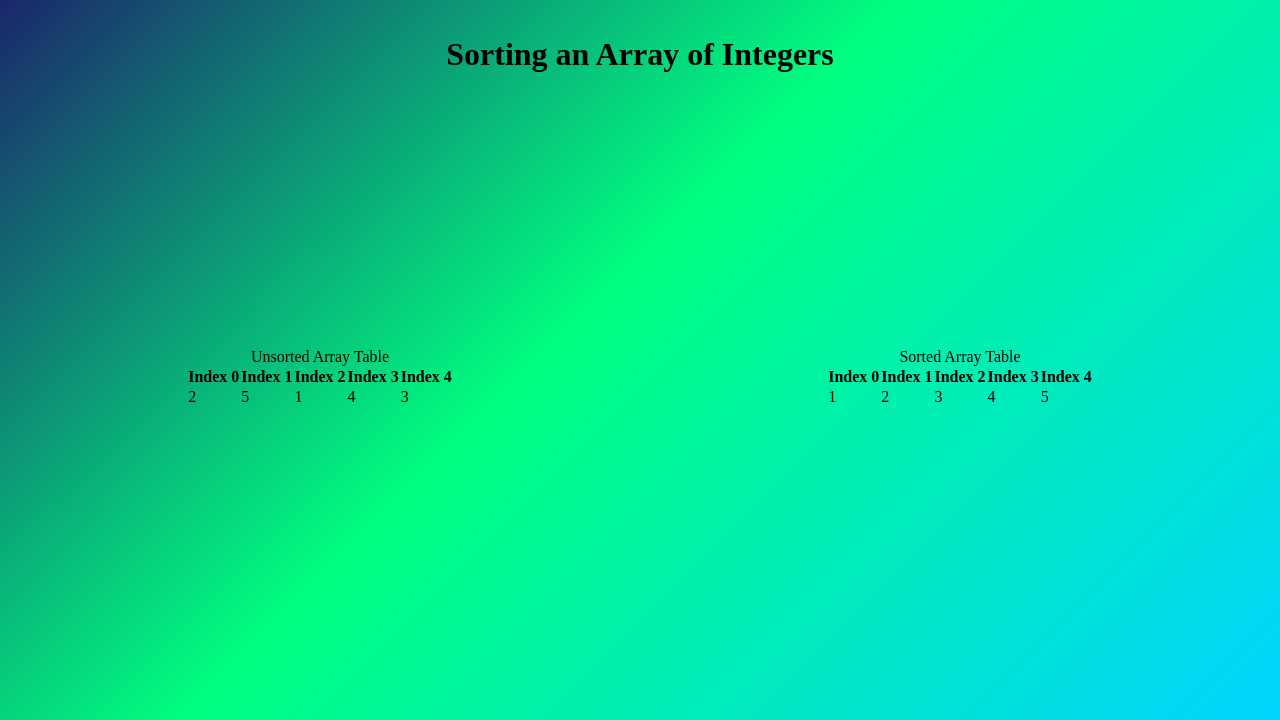
Repository: mlmEFSC21/P16-Sorting-Integers
Page: sort.html
An editor plug-in stored every save of this project. The page is shown before and after the next save, followed by the edit.
The browser window is 1280 px wide. The pictures show the whole page.

Above is the page before, as saved 2022-03-24 18:21:04.

### sort.html
<!DOCTYPE html>
<html lang="en">
    <head>
        <meta charset="UTF-8" />
        <meta http-equiv="X-UA-Compatible" content="IE=edge" />
        <meta name="viewport" content="width=device-width, initial-scale=1.0" />
        <link rel="stylesheet" href="sort.css" />
        <!-- <script defer src="sort.js"></script> -->
        <title>Array Sorting</title>
    </head>
    <body>
        <header class="mainHeader">
            <h1>Sorting an Array of Integers</h1>
        </header>
        <section>
            <div class="arrayContainer" id="arrayContainer">
                <!-- <h2 class="unsorted" id="unsorted">Array 1</h2>
                <h2 class="sorted" id="sorted">Array 2</h2> -->
                <table class="unsortedTable" id="unsortedTable">
                    <caption>
                        Unsorted Array Table
                    </caption>
                    <thead>
                        <th>Index 0</th>
                        <th>Index 1</th>
                        <th>Index 2</th>
                        <th>Index 3</th>
                        <th>Index 4</th>
                    </thead>
                    <tbody>
                        <tr>
                            <td>2</td>
                            <td>5</td>
                            <td>1</td>
                            <td>4</td>
                            <td>3</td>
                        </tr>
                    </tbody>
                </table>
                <table class="sortedTable" id="sortedTable">
                    <caption>
                        Sorted Array Table
                    </caption>
                    <thead>
                        <th>Index 0</th>
                        <th>Index 1</th>
                        <th>Index 2</th>
                        <th>Index 3</th>
                        <th>Index 4</th>
                    </thead>
                    <tbody>
                        <tr>
                            <td>1</td>
                            <td>2</td>
                            <td>3</td>
                            <td>4</td>
                            <td>5</td>
                        </tr>
                    </tbody>
                </table>
            </div>
        </section>
    </body>
</html>

### sort.css
:root {
    --clr-background: #00ff8f;
    --clr-primary: #00f0ff;
    --clr-secondary: #00ff0f;
}
*,
*::after,
*::before {
    box-sizing: border-box;
    margin: 0;
    padding: 0;
}
body {
    font-size: 0.875;
    background-color: var(--clr-background);
    background-repeat: no-repeat;
    background-size: cover;
    background: linear-gradient(
        135deg,
        rgba(26, 39, 107, 1) 0%,
        rgba(0, 255, 128, 1) 45%,
        rgba(0, 212, 255, 1) 100%
    );
    height: 100vh;
}
.mainHeader {
    height: 15vh;
    display: flex;
    align-items: center;
    justify-content: center;
}
.arrayContainer {
    height: min(75vh, 640px);
    display: flex;
    align-items: center;
    justify-content: space-around;
}

After the next save:
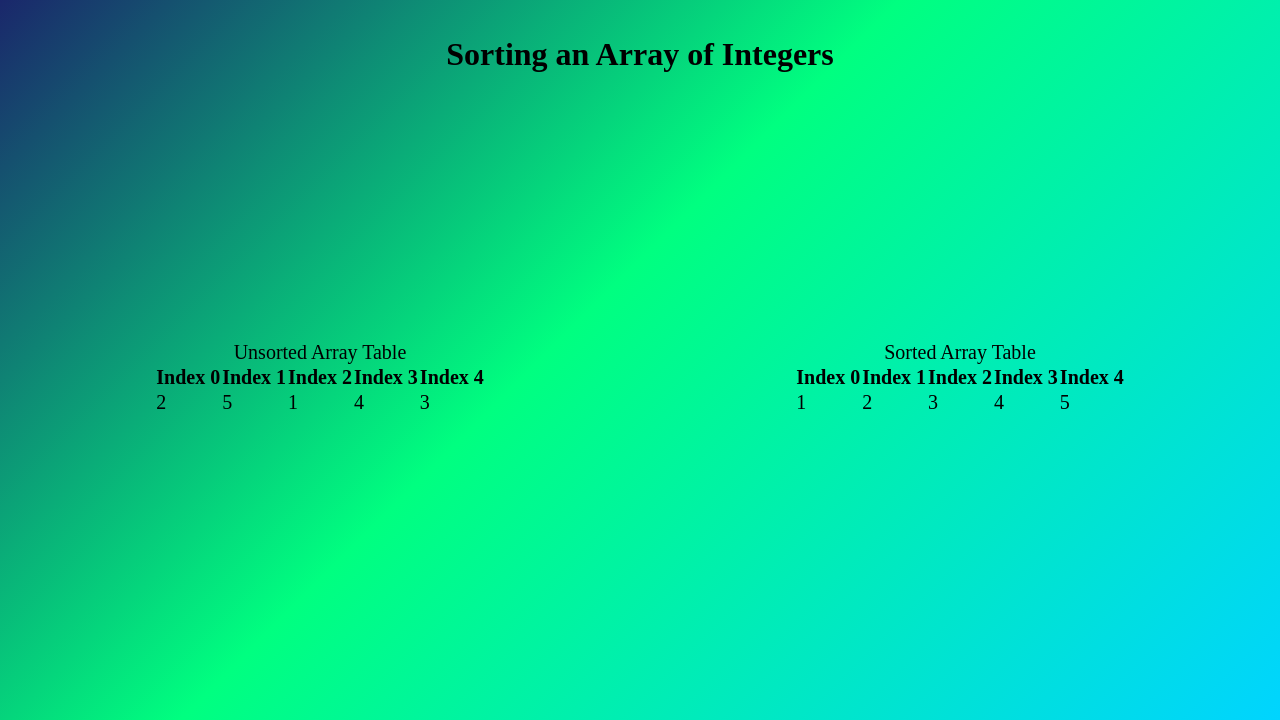
Saved 30 s later.
--- a/sort.css
+++ b/sort.css
@@ -35,3 +35,6 @@ body {
     align-items: center;
     justify-content: space-around;
 }
+table {
+    font-size: 1.25rem;
+}
